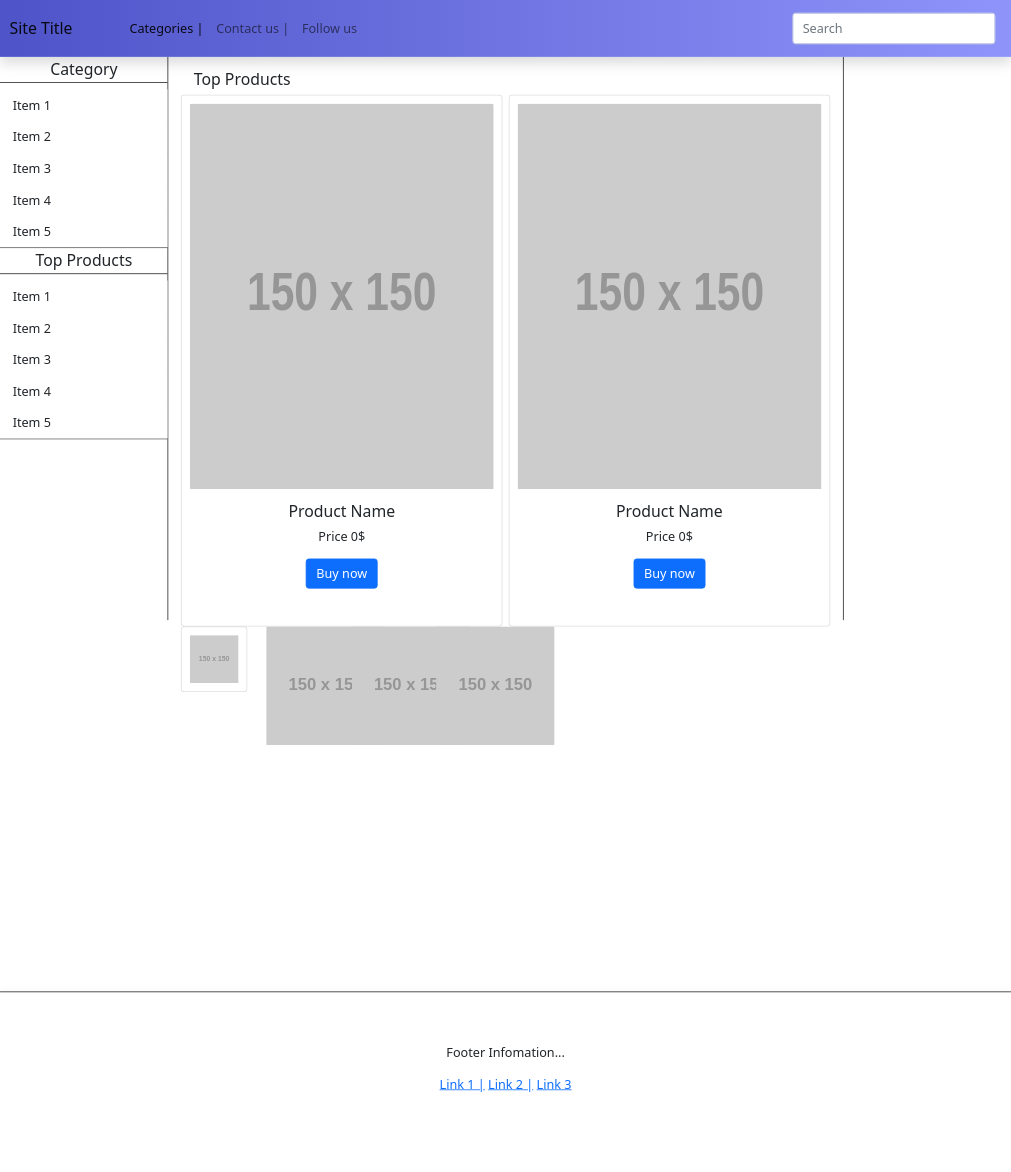
Repository: ttranhhoang/layoutBS
Page: layoutBS2/index.html
The author's editor kept a copy of each file at every save. The page is drawn from the files as they stood at one save, then again after a run of saves.
The browser window is 1280 px wide. The pictures show the whole page, at 79% of full size.

Above is the page before, as saved 2022-04-24 23:22:06.

After the next 5 saves:
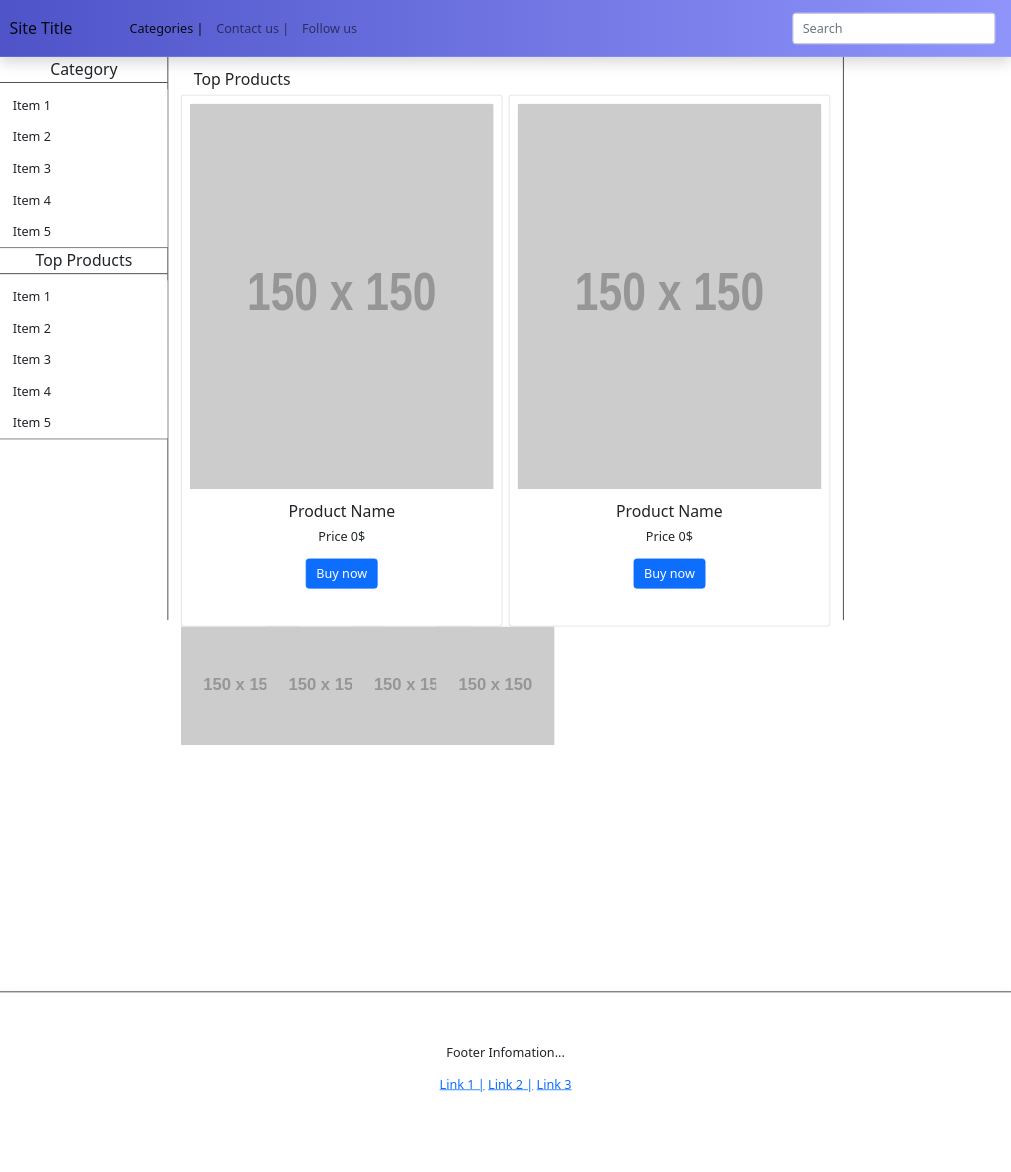
The 5 saves are shown as one change because they came seconds apart.
The last was saved 98 s later.
--- a/layoutBS2/index.html
+++ b/layoutBS2/index.html
@@ -124,11 +124,7 @@
               </div>
               <div class="row">
                 <div class="col-md-3">
-                  <div class="card-group">
-                    <div class="card">
-                      <img src="https://via.placeholder.com/150" alt="" />
-                    </div>
-                  </div>
+                  <img src="https://via.placeholder.com/150" alt="" />
                 </div>
                 <div class="col-md-3">
                   <img src="https://via.placeholder.com/150" alt="" />
